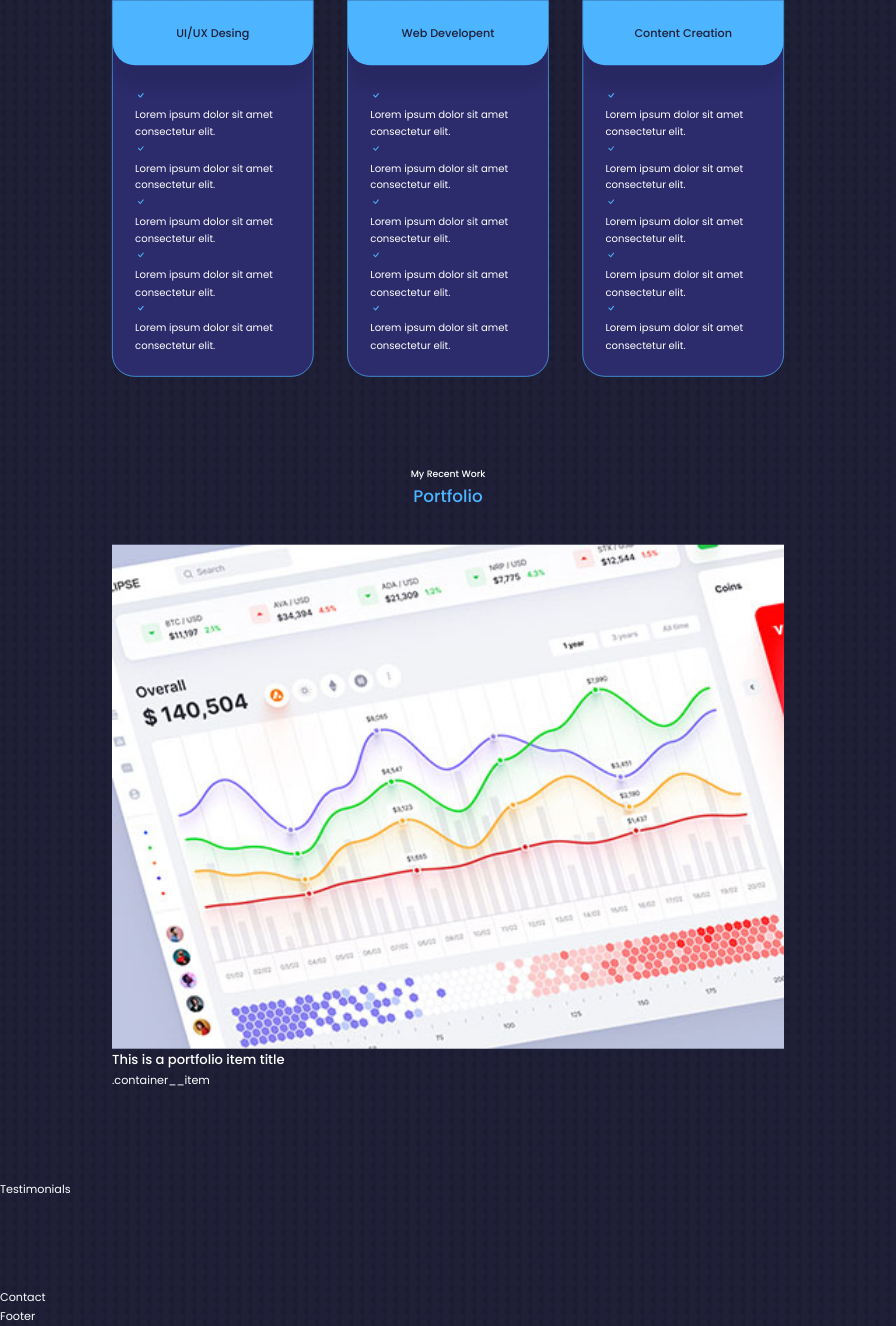
Repository: YuriSarmanho/Portifolio-
Page: / (app in portifolio/)
The author's editor kept a copy of each file at every save. The page is drawn from the files as they stood at one save, then again after a run of saves.
The browser window is 1280 px wide. The pictures show the part of the page from y = 2263 to 4183 px (the page is 4157 px tall before and 4183 px after), at 70% of full size.
The project was rebuilt for these pictures with package versions that can differ from the ones it lists, and the page was loaded fresh each time. Also part of the build but not shown: portifolio/src/Components/Contact/Contact.css, portifolio/src/Components/Testimonials/Testimonials.css, portifolio/src/Components/Portfolio/Portfolio.css. Imported but missing from the stored project, and not drawn on this page: portifolio/src/assets/cv.pdf.

Above is the page before, as saved 2022-05-25 10:27:44.

### portifolio/public/index.html
<!DOCTYPE html>
<html lang="pt-br">
<head>
    <meta charset="UTF-8">
    <meta http-equiv="X-UA-Compatible" content="IE=edge">
    <meta name="viewport" content="width=device-width, initial-scale=1.0">
    <title>Yuri Sarmanho Monteiro</title>
</head>
<body>
    <div id="root"></div>
</body>
</html>

### portifolio/src/App.jsx
import React from "react";
import './index.css'

import Header from "./Components/Header/Header";
import About from "./Components/About/About";
import Contact from "./Components/Contact/Contact";
import Experience from "./Components/Experience/Experience";
import Footer from "./Components/Footer/Footer";
import Nav from "./Components/Nav/Nav";
import Testimonials from "./Components/Testimonials/Testimonials";
import Service from "./Components/Service/Service";
import Portfolio from "./Components/Portfolio/Portfolio";



const App = () => {
  return (
    <>
      <Header />
      <Nav/>
      <About />
      <Experience/>
      <Service/>
      <Portfolio/>
      <Testimonials/>
      <Contact/>
      <Footer/>
    </>
  );
};

export default App;

### portifolio/src/index.css
@import url('https://fonts.googleapis.com/css2?family=Poppins:wght@300;400;500;600&display=swap');

* {
  margin: 0;
  padding: 0;
  border: 0;
  outline: 0;
  box-sizing: border-box;
  list-style: none;
  text-decoration: none;
}
:root {
  --color-bg: #1f1f38;
  --color-bg-variant: #2c2c6c;
  --color-primary: #4db5ff;
  --color-primary-variant: rgba(77, 181, 255, 0.4);
  --color-white: #fff;
  --color-light: rgba(255, 255, 255, 0.6);

  --transition: all 400ms ease;

  --container-width-lg: 75%;
  --container-width-md: 86%;
  --container-width-sm: 90%;
}
html {
  scroll-behavior: smooth;
}
::-webkit-scrollbar {
  display: none;
}

body {
  font-family: "Poppins", sans-serif;
  background-color: var(--color-bg);
  color: var(--color-white);
  line-height: 1.7;
  background-image: url(../src/assets/bg-texture.png);
}

.container {
  width: var(--container-width-lg);
  margin: 0 auto;
}

h1,
h2,
h3,
h4,
h5 {
  font-weight: 500;
}
h1 {
  font-size: 2.5rem;
}
section {
  margin-top: 8rem;
}
section > h2,
section > h5 {
  text-align: center;
  color: var(--color-ligth);
}

section > h2 {
  color: var(--color-primary);
  margin-bottom: 3rem;
}

.text-light {
  color: var(--color-light);
}
a {
  color: var(--color-primary);
  transition: var(--transition);
}
a:hover{
    color: var(--color-white);
}
.btn{
    width: max-content;
    display: inline-block;
    color: var(--color-primary);
    padding: 0.75rem 1.2rem;
    border-radius: 0.4rem;
    cursor: pointer;
    border: 1px solid var(--color-primary);
    transition: var(--transition);
}

.btn:hover{
    background-color: var(--color-white);
    color: var(--color-bg);
    border: transparent;
}

.btn-primary{
    background-color: var(--color-primary);
    color: var(--color-bg);
}

img{
  display: block;
  width: 100%;
  object-fit: cover;
}

/*MEDIUM DEVICE*/
@media screen and (max-width:1024px){
    .container{
        width: var(--container-width-md);
    }
    section{
        margin-top: 6rem;
    }
}

/*SMALL DEVICE*/
@media screen and (max-width:600px){
    .container{
        width: var(--container-width-sm);
    }
    section > h2{
        margin-bottom: 2rem;
    }
}

### portifolio/src/Components/Header/Header.jsx
import React from 'react'
import CTA from './CTA'
import ME from '../../assets/me.png'
import HeaderSocials from './HeaderSocials'
import './Header.css'

const header = () => {
  return (
    <header>
      <div className="container header__container">
        <h5>Hello i'm</h5>
        <h1>Yuri Sarmanho Monteiro</h1>
        <h5 className="text-light">Frontend Developer</h5>
        <CTA />
        <HeaderSocials/>
        <div className="me">
          <img src={ME} alt="foto de perfil" />
        </div>
      </div>
    </header>
  )
}

export default header

### portifolio/src/Components/About/About.jsx
import React from "react";
import ME from "../../assets/me-about.jpg";
import { FaAward } from "react-icons/fa";
import { FiUser } from "react-icons/fi";
import { VscFolderLibrary } from "react-icons/vsc";
import "./About.css";

const About = () => {
  return (
    //refactor
    <section id="about">
      <h5>Get know</h5>
      <h2>About Me</h2>

      <div className="container about__container">
        <div className="about__me">
          <div className="about__me-image">
            <img src={ME} alt="minha foto" />
          </div>
        </div>

        <div className="about__content">
          <div className="about__cards">
            <article className="about__card">
              <FaAward className="about__icon" />
              <h5>Experience</h5>
              <small>3+ Years Working</small>
            </article>

            <article className="about__card">
              <FiUser className="about__icon" />
              <h5>Clients</h5>
              <small>200+ Worldwide</small>
            </article>

            <article className="about__card">
              <VscFolderLibrary className="about__icon" />
              <h5>Projects</h5>
              <small>80+ Completed</small>
            </article>
          </div>
          <p>
              Lorem ipsum dolor sit, amet consectetur adipisicing elit. A,
              aspernatur ab fugit minima consequatur perferendis omnis, quaerat
              repellat quidem nam nemo possimus illum facilis, molestias
              repellendus. Assumenda distinctio eveniet dolores.
            </p>
            <a href="#contact" className='btn btn-primary'>
              Lets talk
            </a>
        </div>
      </div>
    </section>
  );
};

export default About;

### portifolio/src/Components/Contact/Contact.jsx
import React from 'react'
import './Contact.css'
const Contact = () => {
  return (
    <section id='contact'>Contact</section>
  )
}

export default Contact

### portifolio/src/Components/Nav/Nav.jsx
import React, { useState } from "react";
import { AiOutlineHome } from "react-icons/ai";
import { AiOutlineUser } from "react-icons/ai";
import { BiBookAlt } from "react-icons/bi";
import { RiServiceLine } from "react-icons/ri";
import { BiMessageSquareDetail } from "react-icons/bi";
import "./Nav.css";

const Nav = () => {
  const [activeNav, setActiveNav] = useState("#");
  //Refatorar essa parte dps que acabar o projeto
  return (
    <nav>
      <a
        href="#"
        onClick={() => setActiveNav("#")}
        className={activeNav === "#" ? "active" : ""}
      >
        <AiOutlineHome />
      </a>
      <a
        href="#about"
        onClick={() => setActiveNav("#about")}
        className={activeNav === "#about" ? "active" : ""}
      >
        <AiOutlineUser />
      </a>
      <a
        href="#experience"
        onClick={() => setActiveNav("#experience")}
        className={activeNav === "#experience" ? "active" : ""}
      >
        <BiBookAlt />
      </a>
      <a
        href="#service"
        onClick={() => setActiveNav("#service")}
        className={activeNav === "#service" ? "active" : ""}
      >
        <RiServiceLine />
      </a>
      <a
        href="#contact"
        onClick={() => setActiveNav("#contact")}
        className={activeNav === "#contact" ? "active" : ""}
      >
        <BiMessageSquareDetail />
      </a>
    </nav>
  );
};

export default Nav;

### portifolio/src/Components/Testimonials/Testimonials.jsx
import React from 'react'
import './Testimonials.css'
const Testimonials = () => {
  return (
    <section id='testimonials'>Testimonials</section>
  )
}

export default Testimonials

### portifolio/src/Components/Service/Service.jsx
import React from 'react'
import {BsCheck} from 'react-icons/bs'
import './Service.css'

const Service = () => {
  return (
    <section id='service'>
      <h5>What I Offer</h5>
      <h2>Service</h2>

      <div className="container service__container">
        <article className="service">
          <div className="service__head">
            <h3>UI/UX Desing</h3>
          </div>
          <ul className="service__list">
            <li>
              <BsCheck className='service__list-icon'></BsCheck>
              <p>Lorem ipsum dolor sit amet consectetur elit.</p>
            </li>
            <li>
              <BsCheck className='service__list-icon'></BsCheck>
              <p>Lorem ipsum dolor sit amet consectetur elit.</p>
            </li>
            <li>
              <BsCheck className='service__list-icon'></BsCheck>
              <p>Lorem ipsum dolor sit amet consectetur elit.</p>
            </li>
            <li>
              <BsCheck className='service__list-icon'></BsCheck>
              <p>Lorem ipsum dolor sit amet consectetur elit.</p>
            </li>
            <li>
              <BsCheck className='service__list-icon'></BsCheck>
              <p>Lorem ipsum dolor sit amet consectetur elit.</p>
            </li>
          </ul>
        </article>
        {/* END OF UI/UX */}
        <article className="service">
          <div className="service__head">
            <h3>Web Developent</h3>
          </div>
          <ul className="service__list">
            <li>
              <BsCheck className='service__list-icon'></BsCheck>
              <p>Lorem ipsum dolor sit amet consectetur elit.</p>
            </li>
            <li>
              <BsCheck className='service__list-icon'></BsCheck>
              <p>Lorem ipsum dolor sit amet consectetur elit.</p>
            </li>
            <li>
              <BsCheck className='service__list-icon'></BsCheck>
              <p>Lorem ipsum dolor sit amet consectetur elit.</p>
            </li>
            <li>
              <BsCheck className='service__list-icon'></BsCheck>
              <p>Lorem ipsum dolor sit amet consectetur elit.</p>
            </li>
            <li>
              <BsCheck className='service__list-icon'></BsCheck>
              <p>Lorem ipsum dolor sit amet consectetur elit.</p>
            </li>
          </ul>
        </article>
        {/* WEB DEVELOPMENT*/}
        <article className="service">
          <div className="service__head">
            <h3>Content Creation</h3>
          </div>
          <ul className="service__list">
            <li>
              <BsCheck className='service__list-icon'></BsCheck>
              <p>Lorem ipsum dolor sit amet consectetur elit.</p>
            </li>
            <li>
              <BsCheck className='service__list-icon'></BsCheck>
              <p>Lorem ipsum dolor sit amet consectetur elit.</p>
            </li>
            <li>
              <BsCheck className='service__list-icon'></BsCheck>
              <p>Lorem ipsum dolor sit amet consectetur elit.</p>
            </li>
            <li>
              <BsCheck className='service__list-icon'></BsCheck>
              <p>Lorem ipsum dolor sit amet consectetur elit.</p>
            </li>
            <li>
              <BsCheck className='service__list-icon'></BsCheck>
              <p>Lorem ipsum dolor sit amet consectetur elit.</p>
            </li>
          </ul>
        </article>
        {/* CONTENT CREATION */}
      </div>
    </section>
  )
}

export default Service

### portifolio/src/Components/Portfolio/Portfolio.jsx
import React from "react";
import "./Portfolio.css";
import IMG1 from "../../assets/portfolio1.jpg";
import IMG2 from "../../assets/portfolio2.jpg";
import IMG3 from "../../assets/portfolio3.jpg";
import IMG4 from "../../assets/portfolio4.jpg";
import IMG5 from "../../assets/portfolio5.png";
import IMG6 from "../../assets/portfolio6.jpg";

const Portfolio = () => {
  return (
    <section>
      <h5>My Recent Work</h5>
      <h2>Portfolio</h2>
      <div className="container portfolio__container">
        <article className="portfolio__item">
          <div className="portfolio__item-image">
            <img src={IMG1} alt="" />
          </div>
          <h3>This is a portfolio item title</h3>
          .container__item
        </article>
      </div>
    </section>
  );
};

export default Portfolio;

### portifolio/src/Components/Header/CTA.jsx
import React from 'react'
import CV from '../../assets/cv.pdf'
const CTA = () => {
  return (
    <div className="cta">
        <a href={CV} download className='btn'>Download CV</a>
        <a href='#contact' className='btn btn-primary'>Lest's Talk</a>
    </div>
  )
}

export default CTA

### portifolio/src/Components/Header/HeaderSocials.jsx
import React from 'react'
import {BsLinkedin} from 'react-icons/bs'
import {FaGithub} from 'react-icons/fa'
import {FaDribbble} from 'react-icons/fa'
import './Header.css'

const HeaderSocials  = () => {
  return (
      <div className="header__socials">
          <a href="http://linkedin.com" target="_blank"><BsLinkedin/></a>
          <a href="http://github.com" target="_blank"><FaGithub/></a>
          <a href="http://dribbble.com" target="_blank"><FaDribbble/></a>
      </div>
  )
}

export default HeaderSocials

### portifolio/src/Components/Header/Header.css
header {
  height: 100vh;
  padding-top: 7rem;
  overflow: hidden;
}

.header__container {
  text-align: center;
  height: 100%;
  position: relative;
}

.cta {
  margin-top: 2.5rem;
  display: flex;
  gap: 1.2rem;
  justify-content: center;
}
.header__socials {
  display: flex;
  flex-direction: column;
  align-items: center;
  gap: 0.8rem;
  position: absolute;
  left: 0;
  bottom: 3rem;
}

.header__socials::after {
  content: "";
  width: 1px;
  height: 2rem;
  background-color: var(--color-primary);
}

.me {
  background: linear-gradient(var(--color-primary), transparent);
  width: 22rem;
  height: 30rem;
  position: absolute;
  left: calc(50% - 11rem);
  margin-top: 4rem;
  border-radius: 12rem 12rem 0 0;
  overflow: hidden;
  padding: 5rem 1.5rem 1.5rem 1.5rem;
}

.scroll__down {
  position: absolute;
  right: -2.3rem;
  bottom: 5rem;
  transform: rotate(90deg);
  font-weight: 300;
  font-size: 0.9rem;
}

/*MEDIUM DEVICE*/
@media screen and (max-width: 1024px) {
  header {
    height: 68vh;
  }
}

/*SMALL DEVICE*/
@media screen and (max-width: 600px) {
  header {
    height: 100vh;
  }
  .header__socials,
  .scroll__down {
    display: none;
  }
}

### portifolio/src/Components/About/About.css
.about__container {
  display: grid;
  grid-template-columns: 35% 50%;
  gap: 15%;
}

.about__me {
  width: 100%;
  aspect-ratio: 1/1;
  border-radius: 2rem;
  background: linear-gradient(
    45deg,
    transparent,
    var(--color-primary),
    transparent
  );
  display: grid;
  place-content: center;
}

.about__me-image {
  border-radius: 2rem;
  overflow: hidden;
  transform: rotate(10deg);
  transition: var(--transition);
}

.about__me-image:hover {
  transform: rotate(0);
}
.about__cards {
  display:grid;
  grid-template-columns: repeat(3, 1fr);
  gap: 1.5rem;
}

.about__card {
  background: var(--color-bg-variant);
  border: 1px solid transparent;
  border-radius: 1rem;
  padding: 2rem;
  text-align: center;
  transition: var(--transition);
}

.about__card:hover {
  background: transparent;
  border-color: var(--color-primary-variant);
  cursor: default;
}
.about__icon {
  color: var(--color-primary);
  font-size: 1.4rem;
  margin-bottom: 1rem;
}
.about__card h5 {
  font-size: 0.95rem;
}

.about__card small{
    font-size: .7rem;
    color: var(--color-light);
}
.about__content p{
    margin: 2rem 0 2.6rem;
    color: var(--color-light);
}

/*MEDIUM DEVICE*/
@media screen and (max-width: 1024px) {
    .about__container{
        grid-template-columns: 1fr;
    }
    .about__me{
        width: 50%;
        margin: 2rem auto 4rem;
    }
    .about__content p{
        margin: 1rem 0 1.5rem;
    }
}

/*SMALL DEVICE*/
@media screen and (max-width: 600px) {
    .about__me{
        width: 65%;
        margin: 0 auto 3rem;
    }
    .about__cards{
        grid-template-columns: 1fr 1fr;
        gap: 1rem;
    }
    .about__content{
        text-align: center;
    }
    .about__container p{
        margin: 1.5rem;
    }
  }

### portifolio/src/Components/Experience/Experience.css
.experience__container {
  display: grid;
  grid-template-columns: 1fr 1fr;
  gap: 2rem;
}

.experience__container > div {
  background: var(--color-bg-variant);
  padding: 2.4rem 5rem;
  border-radius: 2rem;
  border: 1px solid transparent;
}
.experience__container > div:hover {
  background: transparent;
  border-color: var(--color-bg-variant);
  cursor: default;
}

.experience__container > div h3 {
  text-align: center;
  margin-bottom: 2rem;
  color: var(--color-primary);
}

.experience__content {
  display: grid;
  grid-template-columns: 1fr 1fr;
  row-gap: 2rem;
}
.experience__details {
  display: flex;
  gap: 1rem;
}
.experience__details-icon {
  margin-top: 6px;
  color: var(--color-primary);
}

/*MEDIUM DEVICE*/
@media screen and (max-width: 1024px) {
  .experience__container {
    grid-template-columns: 1fr;
  }
  .experience__container > div {
    width: 80%;
    padding: 2rem;
    margin: 0 auto;
  }
  .experience__content {
    padding: 1rem;
  }
}

/*SMALL DEVICE*/
@media screen and (max-width: 600px) {
  .experience__container {
    gap: 1rem;
  }
  .experience__container > div {
    width: 100%;
    padding: 2rem 1rem;
  }
}

### portifolio/src/Components/Nav/Nav.css
nav {
  background-color: rgba(0, 0, 0, 0.1);
  width: max-content;
  display: block;
  padding: 0.7rem 1.7rem;
  z-index: 2;
  position: fixed;
  left: 50%;
  transform: translate(-50%);
  bottom: 2rem;
  display: flex;
  gap: 0.8rem;
  border-radius: 3rem;
  backdrop-filter: blur(15px);
}

nav a {
  background: transparent;
  padding: 0.9rem;
  border-radius: 50%;
  display: flex;
  color: var(--color-light);
  font-size: 1.1rem;
}

nav a:hover {
  background-color: rgba(0, 0, 0, 0.3);
}

nav a.active {
  background: var(--color-bg);
  color: var(--color-white);
}

### portifolio/src/Components/Service/Service.css
.service__container{
    display: grid;
    grid-template-columns: repeat(3,1fr);
    gap: 3rem;
}

.service{
    background: var(--color-bg-variant);
    border-radius: 0 0 2rem 2rem;
    border: 1px solid var(--color-primary);
    height: fit-content;
    transition: var(--transition);
}

.service:hover{
background:transparent;
border: var(--color-bg-variant);
cursor: default;
}

.service__head{
    background-color: var(--color-primary);
    padding: 2rem;
    border-radius: 0 0 2rem 2rem ;
    box-shadow: 0 2rem 1rem rgba(0,0,0,0.1);
}

.service__head h3{
    color: var(--color-bg);
    font-size: 1rem;
    text-align: center;
}
.service__list{
    padding: 2rem;
}

service__list li{
    display: flex;
    gap: 1rem;
    margin-bottom: 0.8rem;
}

.service__list-icon{
    color: var(--color-primary);
    margin-top: 2px;
}

.service__list p{
    font-size: 0.9rem;
}

/*MEDIUM DEVICE*/
@media screen and (max-width: 1024px) {
  .service__container{
      grid-template-columns: 1fr 1fr;
      gap: 2rem;
  }
  .service{
      height: auto;
  }
}

  /*SMALL DEVICE*/
  @media screen and (max-width: 600px) {
    .service__container{
        grid-template-columns: 1fr;
        grid-area: 1.5rem ;
    }
}

Loaded but not shown: portifolio/src/Components/Footer/Footer.jsx (common file); portifolio/src/index.js (4 lines, source omitted); portifolio/src/Components/Experience/Experience.jsx (106 lines, source omitted)

After the next 6 saves:
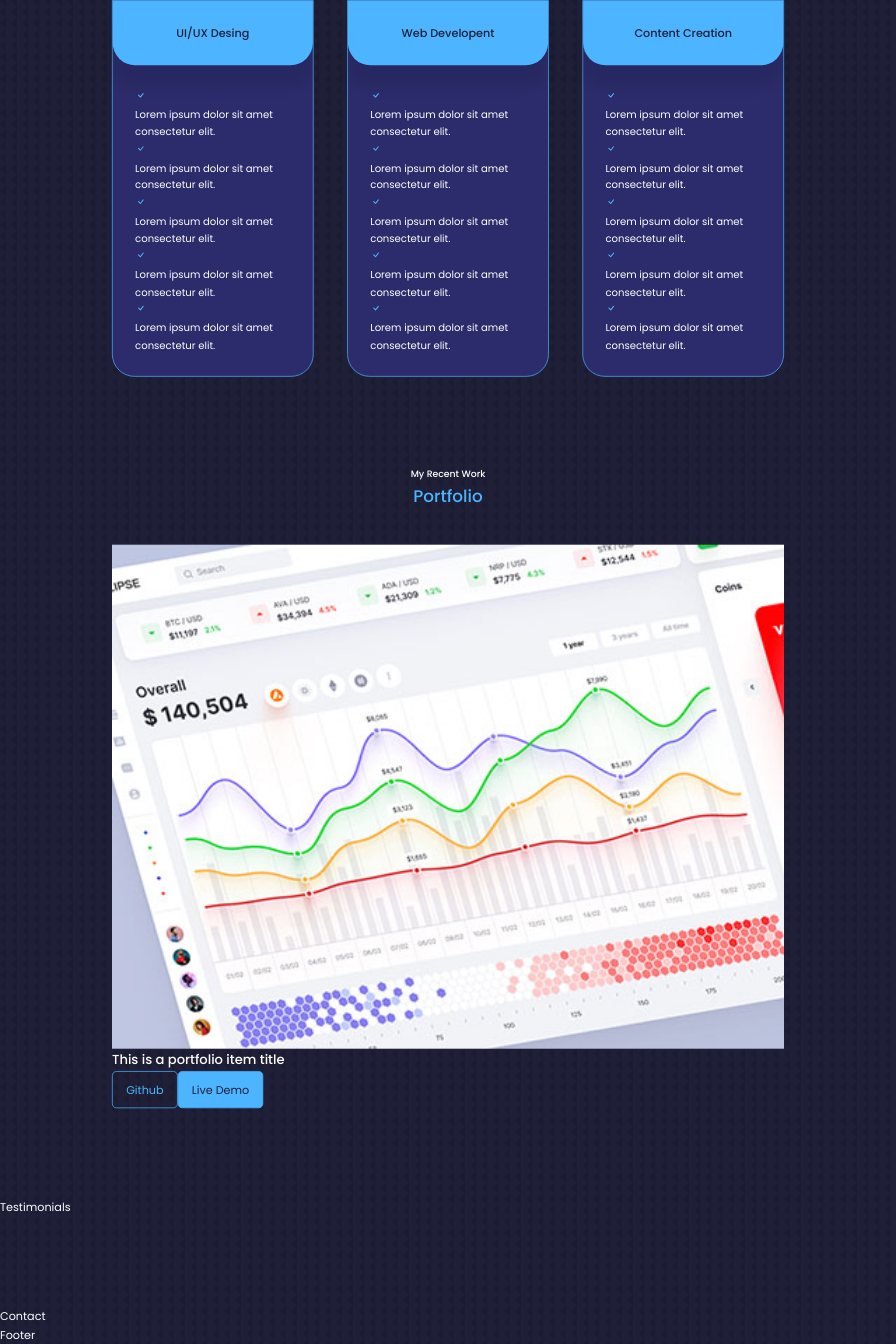
The 6 saves are shown as one change because they came seconds apart.
The last was saved 21 s later.
--- a/portifolio/src/Components/Portfolio/Portfolio.jsx
+++ b/portifolio/src/Components/Portfolio/Portfolio.jsx
@@ -18,7 +18,14 @@
             <img src={IMG1} alt="" />
           </div>
           <h3>This is a portfolio item title</h3>
-          .container__item
+          <div className="container__item-cta">
+            <a href="http://github.com" className="btn" target="_blank">
+              Github
+            </a>
+            <a href="#" className="btn btn-primary" target="_blank">
+              Live Demo
+            </a>
+          </div>
         </article>
       </div>
     </section>
